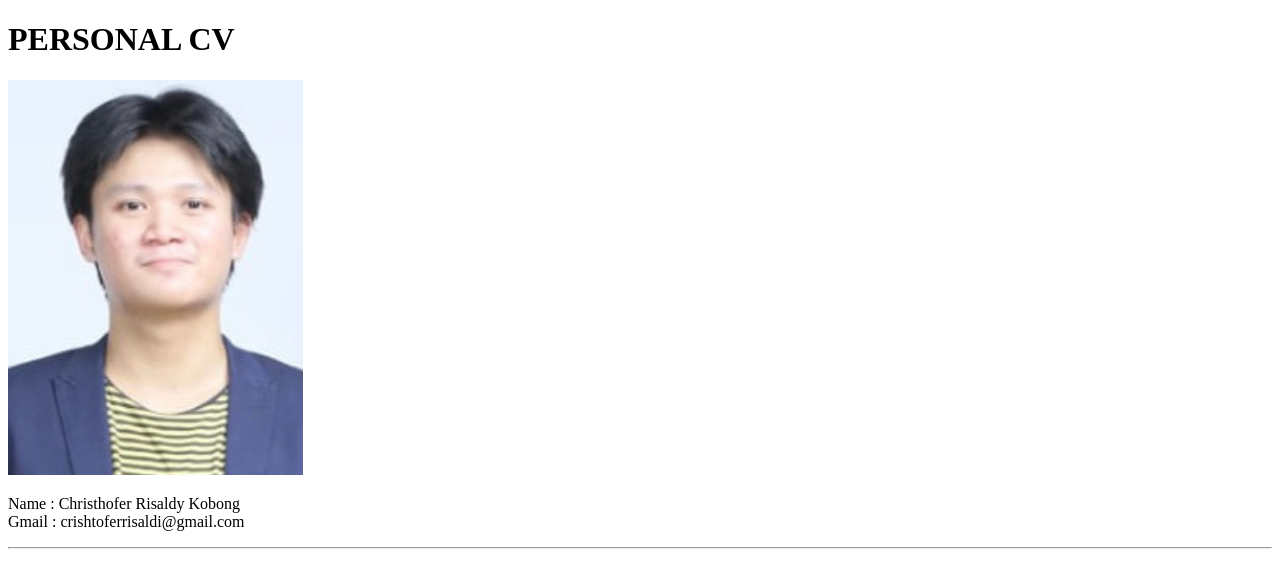
Repository: ChristhoferRisaldy/CVWeb
Page: web.html
An editor plug-in stored every save of this project. The page is shown before and after the next save, followed by the edit.
The browser window is 1280 px wide. The pictures show the whole page.

Above is the page before, as saved 2025-02-21 20:56:45.

After the next save:
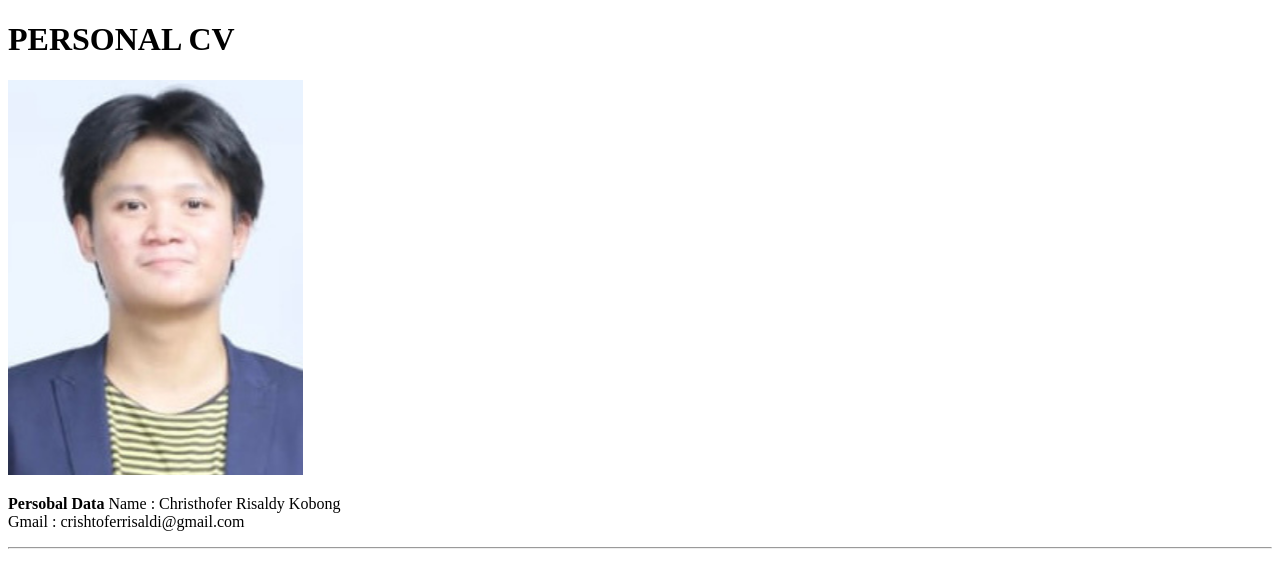
Saved 108 s later.
--- a/web.html
+++ b/web.html
@@ -7,8 +7,9 @@
         <h1>PERSONAL CV</h1>
         <img src="1.png">
         <p>
+            <b>Persobal Data</b>
             Name : Christhofer Risaldy Kobong<br>
             Gmail : crishtoferrisaldi@gmail.com<br>
         </p>
-        <b><hr></b>
+        <hr>
 </html>
